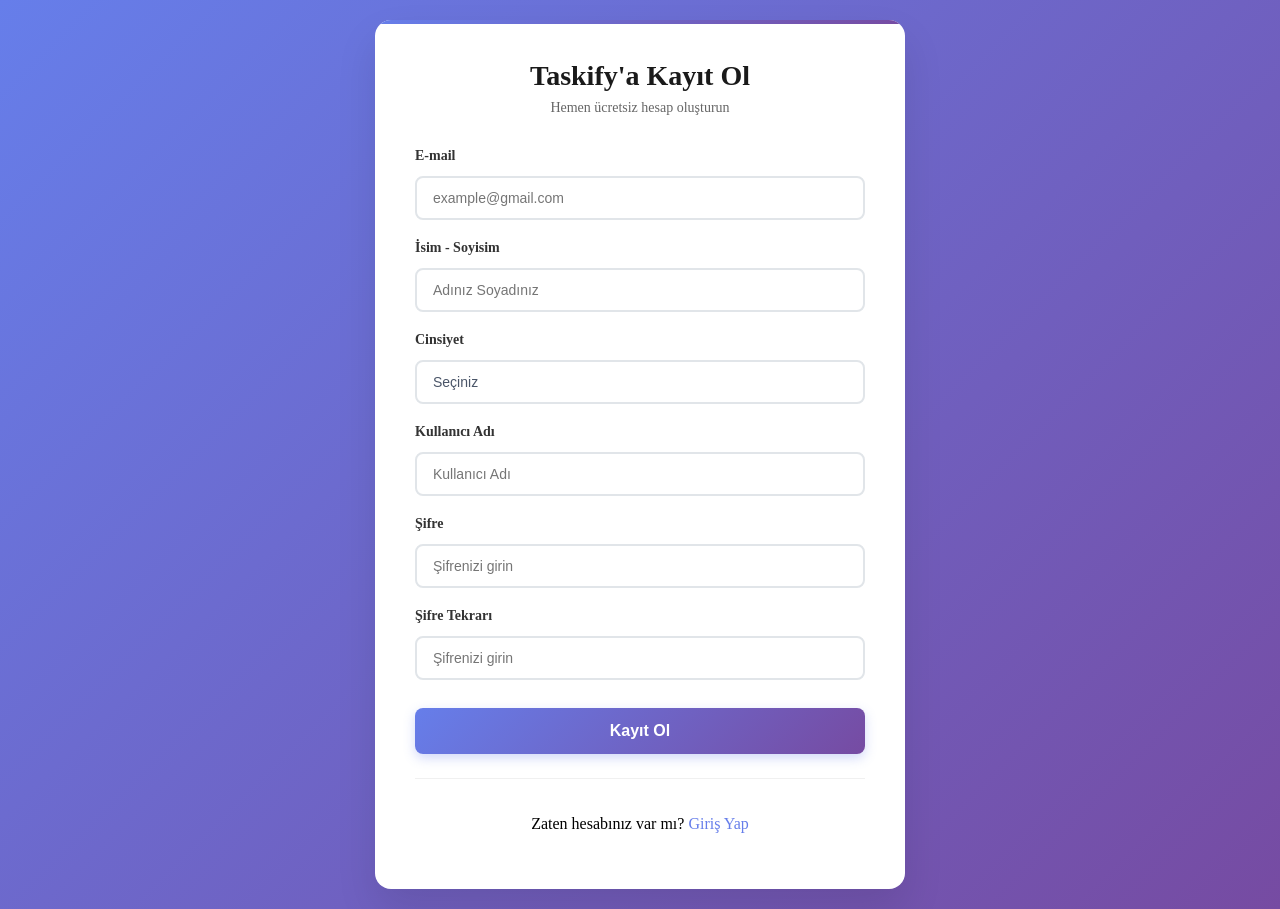
Repository: rumeyssaasya/TaskifyFrontendExample
Page: /auth/register
These files come from the project's save history. The page is drawn as it stood at one moment and after the next save; the edit follows.
The browser window is 1280 px wide. The pictures show the whole page.
The project was rebuilt for these pictures with package versions that can differ from the ones it lists, and the page was loaded fresh each time. Also part of the build but not shown: vite.config.ts, src/pages/Login/login.tsx, src/component/Navbar/navbar.css, src/component/ProfileDropDownMenu/profileDropDownMenu.css, src/component/ProfileDropDownMenu/profileDropDownMenu.tsx, src/component/Navbar/navbar.tsx, src/component/ProjectList/projectList.css, src/component/ProjectList/projectList.tsx and 19 more.

Above is the page before, as saved 2025-08-09 01:14:37.

### index.html
<!doctype html>
<html lang="en">
  <head>
    <meta charset="UTF-8" />
    <link rel="icon" type="image/svg+xml" href="" />
    <meta name="viewport" content="width=device-width, initial-scale=1.0" />
    <title>Taskify</title>
  </head>
  <body>
    <div id="root"></div>
    <script type="module" src="/src/main.tsx"></script>
  </body>
</html>

### src/index.css
:root {
    margin: 0px;
    padding: 0px;
}

body {
    margin: 0px;
    padding: 0px;
}

### src/App.tsx
import './App.css'
import { BrowserRouter, Route, Routes } from 'react-router-dom';
import LoginForm from './pages/Login/login';
import RegisterForm from './pages/Register/register';
import Projects from './pages/Projects/projects';
import ProtectedRoute from './api/ProtectedRoute';
import Tasks from './pages/Tasks/tasks';
import Landing from './pages/Landing/landing';

function App() {
  return (
    <BrowserRouter>
      <Routes>
        <Route path="/" element={<Landing />} />
        <Route path="/auth/register" element={<RegisterForm />} />
         <Route path="/auth/login" element={<LoginForm/>} />
        <Route element={<ProtectedRoute />}>
          <Route path="/projects" element={<Projects />} />
          <Route path="/tasks" element={<Tasks />} />
        </Route>
      </Routes>
    </BrowserRouter>
  )
}

export default App

### src/App.css
#root {
  max-width: 100%;
  margin: 0px;
  padding: 0px;
  text-align: center;
}


@keyframes logo-spin {
  from {
    transform: rotate(0deg);
  }

  to {
    transform: rotate(360deg);
  }
}

### src/pages/Register/register.tsx
import React, { useState } from "react";
import api from "../../api/axios";
import { useNavigate } from "react-router-dom";
import "./register.css";

const RegisterForm = () => {
  const [email, setEmail] = useState("");
  const [fullName, setFullName] = useState("");
  const [gender, setGender] = useState("");
  const [username, setUsername] = useState("");
  const [password, setPassword] = useState("");
  const [error, setError] = useState<string | null>(null);
  const [isLoading, setIsLoading] = useState(false);
  const navigate = useNavigate();

  const genderOptions = [
  { label: "Kadın", value: "FEMALE" },
  { label: "Erkek", value: "MALE" }
  ];

  const handleSubmit = async (e: React.FormEvent<HTMLFormElement>) => {
    e.preventDefault();
    setIsLoading(true);
    setError(null);

    try {
      const response = await api.post("/auth/register", {
        email,
        fullName,
        gender,
        username,
        password,
      });

      const token = response.data.token;
      localStorage.setItem("token", token);
      navigate("/auth/login");
    } catch (err) {
      setError("Kayıt işlemi başarısız. Lütfen bilgileri kontrol edin.");
    } finally {
      setIsLoading(false);
    }
  };

  return (
    <div className="register-page">
      <div className="register-container">
        <div className="register-header">
          <h1 className="register-title">Taskify'a Kayıt Ol</h1>
          <p className="register-subtitle">Hemen ücretsiz hesap oluşturun</p>
        </div>

        <form onSubmit={handleSubmit} className="register-form">
          {error && <div className="error-message">{error}</div>}

          <div className="form-group">
            <label className="form-label">E-mail</label>
            <input
              type="email"
              className="form-input"
              placeholder="example@gmail.com"
              value={email}
              onChange={(e) => setEmail(e.target.value)}
              autoComplete="email"
              required
              disabled={isLoading}
            />
          </div>

          <div className="form-group">
            <label className="form-label">İsim - Soyisim</label>
            <input
              type="text"
              className="form-input"
              placeholder="Adınız Soyadınız"
              value={fullName}
              onChange={(e) => setFullName(e.target.value)}
              autoComplete="name"
              required
              disabled={isLoading}
            />
          </div>

          <div className="form-group">
            <label className="form-label">Cinsiyet</label>
            <select
              className="form-select"
              value={gender} // Burada state değeri olmalı
              onChange={(e) => setGender(e.target.value)}
              required
              disabled={isLoading}
            >
              <option value="" disabled>Seçiniz</option>
              {genderOptions.map((opt) => (
                <option key={opt.value} value={opt.value}>{opt.label}</option>
              ))}
            </select>
          </div>

          <div className="form-group">
            <label className="form-label">Kullanıcı Adı</label>
            <input
              type="text"
              className="form-input"
              placeholder="Kullanıcı Adı"
              value={username}
              onChange={(e) => setUsername(e.target.value)}
              autoComplete="username"
              required
              disabled={isLoading}
            />
          </div>

          <div className="form-group">
            <label className="form-label">Şifre</label>
            <input
              type="password"
              className="form-input"
              placeholder="Şifrenizi girin"
              value={password}
              onChange={(e) => setPassword(e.target.value)}
              autoComplete="new-password"
              required
              disabled={isLoading}
            />
          </div>
          <div className="form-group">
            <label className="form-label">Şifre Tekrarı</label>
            <input
              type="password"
              className="form-input"
              placeholder="Şifrenizi girin"
              value={password}
              onChange={(e) => setPassword(e.target.value)}
              autoComplete="new-password"
              required
              disabled={isLoading}
            />
          </div>

          <button type="submit" className="register-btn" disabled={isLoading}>
            {isLoading && <span className="loading-spinner"></span>}
            {isLoading ? "Kayıt Oluşturuluyor..." : "Kayıt Ol"}
          </button>
        </form>

        <div className="register-footer">
          <p>
            Zaten hesabınız var mı?{" "}
            <a href="/auth/login" className="register-link" onClick={(e) => {
              e.preventDefault();
              navigate("/auth/login");
            }}>
              Giriş Yap
            </a>
          </p>
        </div>
      </div>
    </div>
  );
};

export default RegisterForm;

### src/api/axios.ts
import axios from 'axios';

// 1. Axios instance oluşturuyoruz, böylece tüm isteklerde aynı baseURL kullanılır
const api = axios.create({
  baseURL: 'http://localhost:8080/', // Backend adresin, kendi projenin URL'si
});

// 2. İstek gönderilmeden önce çalışacak interceptor ekliyoruz
api.interceptors.request.use(config => {
  // 3. localStorage'dan token'ı alıyoruz
  const token = localStorage.getItem('token');

  // 4. Eğer token varsa, istek header'ına ekliyoruz
  if (token!== null) {
    config.headers.Authorization = `Bearer ${token}`;
  }

  // 5. İsteği geri döndür, böylece axios devam edebilir
  return config;
}, error => {
  // 6. Hata varsa burada yakalayabiliriz
  console.error("Axios request error:", error);
  return Promise.reject(error);

});

export default api;

### src/pages/Login/login.css
/* Login Page Styles */
.login-page {
    min-height: 100vh;
    display: flex;
    align-items: center;
    justify-content: center;
    background: linear-gradient(135deg, #667eea 0%, #764ba2 100%);
    padding: 20px;
}

.login-container {
    background: white;
    border-radius: 16px;
    box-shadow: 0 20px 40px rgba(0, 0, 0, 0.1);
    padding: 40px;
    width: 100%;
    max-width: 400px;
    position: relative;
    overflow: hidden;
}

.login-container::before {
    content: '';
    position: absolute;
    top: 0;
    left: 0;
    right: 0;
    height: 4px;
    background: linear-gradient(90deg, #667eea, #764ba2);
}

.login-header {
    text-align: center;
    margin-bottom: 32px;
}

.login-title {
    font-size: 28px;
    font-weight: 700;
    color: #1a1a1a;
    margin: 0 0 8px 0;
}

.login-subtitle {
    color: #666;
    font-size: 14px;
    margin: 0;
}

.login-form {
    display: flex;
    flex-direction: column;
    gap: 20px;
}

.form-group {
    display: flex;
    flex-direction: column;
    gap: 8px;
}

.form-label {
    font-weight: 600;
    color: #333;
    font-size: 14px;
}

.form-input {
    padding: 14px 16px;
    border: 2px solid #e1e5e9;
    border-radius: 8px;
    font-size: 14px;
    transition: all 0.3s ease;
    background: white;
}

.form-input:focus {
    outline: none;
    border-color: #667eea;
    box-shadow: 0 0 0 3px rgba(102, 126, 234, 0.1);
}

.login-btn {
    padding: 14px 24px;
    background: linear-gradient(135deg, #667eea, #764ba2);
    color: white;
    border: none;
    border-radius: 8px;
    font-weight: 600;
    font-size: 16px;
    cursor: pointer;
    transition: all 0.3s ease;
    box-shadow: 0 4px 12px rgba(102, 126, 234, 0.3);
    margin-top: 8px;
}

.login-btn:hover {
    transform: translateY(-2px);
    box-shadow: 0 6px 16px rgba(102, 126, 234, 0.4);
}

.login-btn:active {
    transform: translateY(0);
}

.login-btn:disabled {
    background: #ccc;
    cursor: not-allowed;
    transform: none;
    box-shadow: none;
}

.login-footer {
    text-align: center;
    margin-top: 24px;
    padding-top: 20px;
    border-top: 1px solid #f0f0f0;
}

.login-link {
    color: #667eea;
    text-decoration: none;
    font-weight: 500;
    transition: color 0.3s ease;
}

.login-link:hover {
    color: #764ba2;
    text-decoration: underline;
}

.error-message {
    background: #ffebee;
    color: #c62828;
    padding: 12px 16px;
    border-radius: 8px;
    font-size: 14px;
    border: 1px solid #ffcdd2;
    margin-bottom: 16px;
}

.success-message {
    background: #e8f5e8;
    color: #2e7d32;
    padding: 12px 16px;
    border-radius: 8px;
    font-size: 14px;
    border: 1px solid #c8e6c9;
    margin-bottom: 16px;
}

.loading-spinner {
    display: inline-block;
    width: 16px;
    height: 16px;
    border: 2px solid rgba(255, 255, 255, 0.3);
    border-radius: 50%;
    border-top-color: white;
    animation: spin 1s ease-in-out infinite;
    margin-right: 8px;
}

@keyframes spin {
    to {
        transform: rotate(360deg);
    }
}

.password-toggle {
    position: relative;
}

.password-toggle-btn {
    position: absolute;
    right: 12px;
    top: 50%;
    transform: translateY(-50%);
    background: none;
    border: none;
    cursor: pointer;
    color: #666;
    font-size: 16px;
    padding: 4px;
}

.password-toggle-btn:hover {
    color: #333;
}

/* Responsive Design */
@media (max-width: 480px) {
    .login-container {
        padding: 24px;
        margin: 10px;
    }

    .login-title {
        font-size: 24px;
    }

    .form-input {
        padding: 12px 14px;
    }

    .login-btn {
        padding: 12px 20px;
        font-size: 14px;
    }
}

### src/component/CreateProject/createProject.css
/* CreateProject Component Styles */
.create-project-container {
    background: white;
    padding: 20px;
    border-radius: 12px;
    box-shadow: 0 2px 12px rgba(0, 0, 0, 0.08);
    margin-top: 20px;
    border: 2px solid #e3f2fd;
}

.create-project-title {
    font-size: 18px;
    font-weight: 600;
    color: #333;
    margin-bottom: 16px;
    display: flex;
    align-items: center;
    gap: 8px;
}

.create-project-title::before {
    content: '+';
    background: #1976d2;
    color: white;
    width: 24px;
    height: 24px;
    border-radius: 50%;
    display: flex;
    align-items: center;
    justify-content: center;
    font-weight: bold;
    font-size: 16px;
}

.create-project-form {
    display: flex;
    flex-direction: column;
    gap: 16px;
}

.form-group {
    display: flex;
    flex-direction: column;
    gap: 8px;
}

.form-label {
    font-weight: 600;
    color: #333;
    font-size: 14px;
}

.form-input {
    padding: 12px 16px;
    border: 2px solid #e1e5e9;
    border-radius: 8px;
    font-size: 14px;
    transition: all 0.3s ease;
    background: white;
}

.form-input:focus {
    outline: none;
    border-color: #1976d2;
    box-shadow: 0 0 0 3px rgba(25, 118, 210, 0.1);
}

.form-textarea {
    padding: 12px 16px;
    border: 2px solid #e1e5e9;
    border-radius: 8px;
    font-size: 14px;
    transition: all 0.3s ease;
    background: white;
    resize: vertical;
    min-height: 80px;
    font-family: inherit;
}

.form-textarea:focus {
    outline: none;
    border-color: #1976d2;
    box-shadow: 0 0 0 3px rgba(25, 118, 210, 0.1);
}

.form-select {
    padding: 12px 16px;
    border: 2px solid #e1e5e9;
    border-radius: 8px;
    font-size: 14px;
    transition: all 0.3s ease;
    background: white;
    cursor: pointer;
}

.form-select:focus {
    outline: none;
    border-color: #1976d2;
    box-shadow: 0 0 0 3px rgba(25, 118, 210, 0.1);
}

.date-input {
    padding: 12px 16px;
    border: 2px solid #e1e5e9;
    border-radius: 8px;
    font-size: 14px;
    transition: all 0.3s ease;
    background: white;
    cursor: pointer;
}

.date-input:focus {
    outline: none;
    border-color: #1976d2;
    box-shadow: 0 0 0 3px rgba(25, 118, 210, 0.1);
}

.checkbox-group {
    display: flex;
    align-items: center;
    gap: 8px;
    cursor: pointer;
}

.checkbox-input {
    width: 18px;
    height: 18px;
    accent-color: #1976d2;
    cursor: pointer;
}

.checkbox-label {
    font-size: 14px;
    color: #555;
    cursor: pointer;
}

.create-project-btn {
    padding: 12px 24px;
    background: linear-gradient(135deg, #1976d2, #1565c0);
    color: white;
    border: none;
    border-radius: 8px;
    font-weight: 600;
    font-size: 14px;
    cursor: pointer;
    transition: all 0.3s ease;
    box-shadow: 0 4px 12px rgba(25, 118, 210, 0.3);
    align-self: flex-start;
}

.create-project-btn:hover {
    transform: translateY(-2px);
    box-shadow: 0 6px 16px rgba(25, 118, 210, 0.4);
}

.create-project-btn:active {
    transform: translateY(0);
}

.create-project-btn:disabled {
    background: #ccc;
    cursor: not-allowed;
    transform: none;
    box-shadow: none;
}

.form-row {
    display: flex;
    gap: 16px;
}

.form-row .form-group {
    flex: 1;
}

.error-message {
    color: #dc3545;
    font-size: 12px;
    margin-top: 4px;
}

.success-message {
    color: #28a745;
    font-size: 12px;
    margin-top: 4px;
}

### src/component/CreateTask/createTask.css
/* CreateTask Component Styles */
.create-task-form {
    display: flex;
    flex-direction: column;
    gap: 16px;
    max-width: 500px;
}

.form-group {
    display: flex;
    flex-direction: column;
    gap: 8px;
}

.form-label {
    font-weight: 600;
    color: #333;
    font-size: 14px;
}

.form-input {
    padding: 12px 16px;
    border: 2px solid #e1e5e9;
    border-radius: 8px;
    font-size: 14px;
    transition: all 0.3s ease;
    background: white;
}

.form-input:focus {
    outline: none;
    border-color: #1976d2;
    box-shadow: 0 0 0 3px rgba(25, 118, 210, 0.1);
}

.form-textarea {
    padding: 12px 16px;
    border: 2px solid #e1e5e9;
    border-radius: 8px;
    font-size: 14px;
    transition: all 0.3s ease;
    background: white;
    resize: vertical;
    min-height: 100px;
    font-family: inherit;
}

.form-textarea:focus {
    outline: none;
    border-color: #1976d2;
    box-shadow: 0 0 0 3px rgba(25, 118, 210, 0.1);
}

.form-select {
    padding: 12px 16px;
    border: 2px solid #e1e5e9;
    border-radius: 8px;
    font-size: 14px;
    transition: all 0.3s ease;
    background: white;
    cursor: pointer;
}

.form-select:focus {
    outline: none;
    border-color: #1976d2;
    box-shadow: 0 0 0 3px rgba(25, 118, 210, 0.1);
}

.submit-btn {
    padding: 12px 24px;
    background: linear-gradient(135deg, #1976d2, #1565c0);
    color: white;
    border: none;
    border-radius: 8px;
    font-weight: 600;
    font-size: 14px;
    cursor: pointer;
    transition: all 0.3s ease;
    box-shadow: 0 4px 12px rgba(25, 118, 210, 0.3);
    align-self: flex-start;
}

.submit-btn:hover {
    transform: translateY(-2px);
    box-shadow: 0 6px 16px rgba(25, 118, 210, 0.4);
}

.submit-btn:active {
    transform: translateY(0);
}

.submit-btn:disabled {
    background: #ccc;
    cursor: not-allowed;
    transform: none;
    box-shadow: none;
}

.form-row {
    display: flex;
    gap: 16px;
}

.form-row .form-group {
    flex: 1;
}

.error-message {
    color: #dc3545;
    font-size: 12px;
    margin-top: 4px;
}

.success-message {
    color: #28a745;
    font-size: 12px;
    margin-top: 4px;
}

Loaded but not shown: src/main.tsx (common file); src/pages/Register/register.css (307 lines, source omitted)

After the next save:
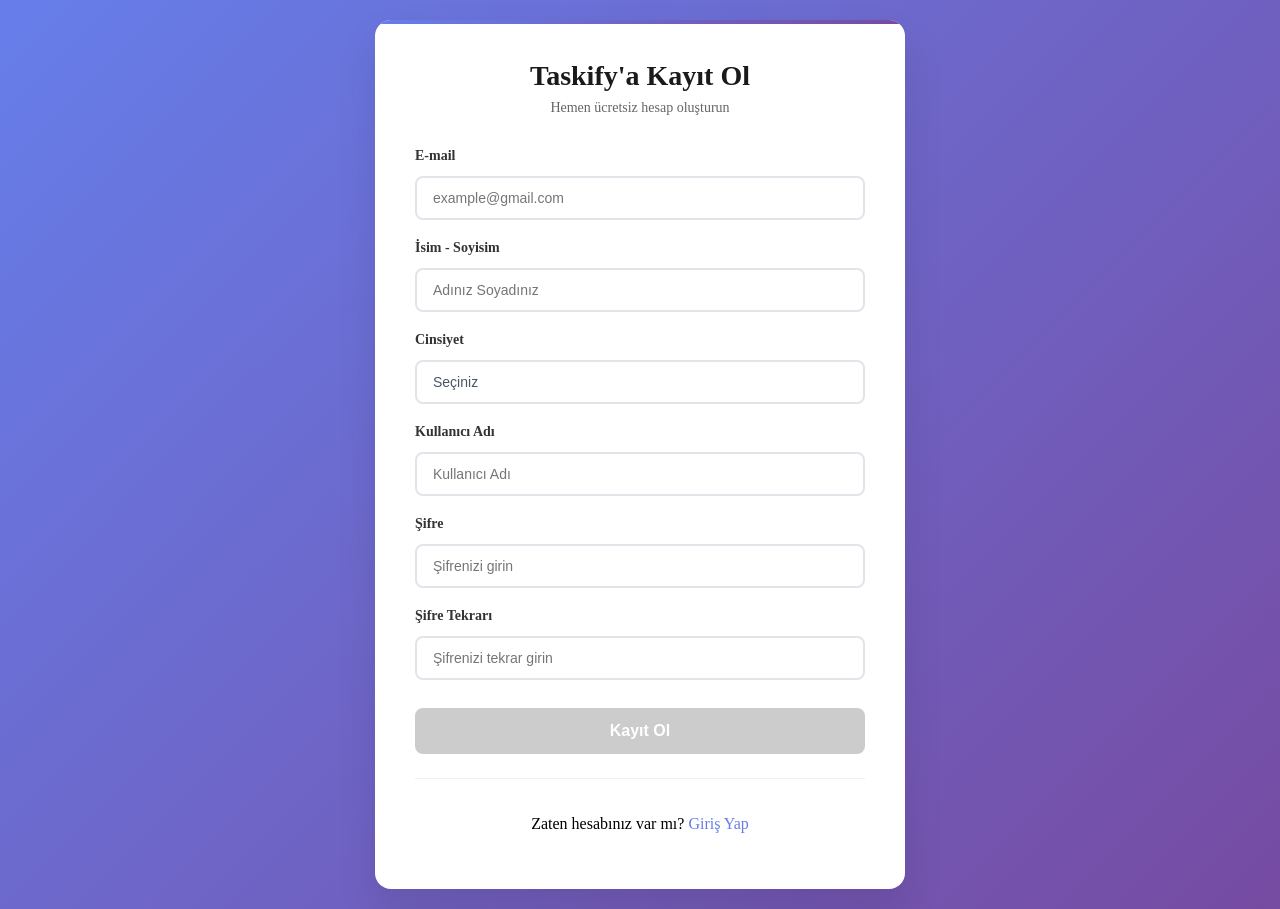
Saved 3 min 44 s later.
--- a/src/pages/Register/register.tsx
+++ b/src/pages/Register/register.tsx
@@ -9,17 +9,23 @@
   const [gender, setGender] = useState("");
   const [username, setUsername] = useState("");
   const [password, setPassword] = useState("");
+  const [confirmPassword, setConfirmPassword] = useState("");
   const [error, setError] = useState<string | null>(null);
   const [isLoading, setIsLoading] = useState(false);
   const navigate = useNavigate();
 
   const genderOptions = [
-  { label: "Kadın", value: "FEMALE" },
-  { label: "Erkek", value: "MALE" }
+    { label: "Kadın", value: "FEMALE" },
+    { label: "Erkek", value: "MALE" }
   ];
+
+  const passwordsMatch = password === confirmPassword;
+  const isFormValid = email && fullName && gender && username && password && passwordsMatch;
 
   const handleSubmit = async (e: React.FormEvent<HTMLFormElement>) => {
     e.preventDefault();
+    if (!passwordsMatch) return;
+
     setIsLoading(true);
     setError(null);
 
@@ -85,7 +91,7 @@
             <label className="form-label">Cinsiyet</label>
             <select
               className="form-select"
-              value={gender} // Burada state değeri olmalı
+              value={gender}
               onChange={(e) => setGender(e.target.value)}
               required
               disabled={isLoading}
@@ -124,21 +130,29 @@
               disabled={isLoading}
             />
           </div>
+
           <div className="form-group">
             <label className="form-label">Şifre Tekrarı</label>
             <input
               type="password"
               className="form-input"
-              placeholder="Şifrenizi girin"
-              value={password}
-              onChange={(e) => setPassword(e.target.value)}
+              placeholder="Şifrenizi tekrar girin"
+              value={confirmPassword}
+              onChange={(e) => setConfirmPassword(e.target.value)}
               autoComplete="new-password"
               required
               disabled={isLoading}
             />
+            {confirmPassword && !passwordsMatch && (
+              <p className="password-error">Şifreler eşleşmiyor</p>
+            )}
           </div>
 
-          <button type="submit" className="register-btn" disabled={isLoading}>
+          <button
+            type="submit"
+            className="register-btn"
+            disabled={isLoading || !isFormValid}
+          >
             {isLoading && <span className="loading-spinner"></span>}
             {isLoading ? "Kayıt Oluşturuluyor..." : "Kayıt Ol"}
           </button>
